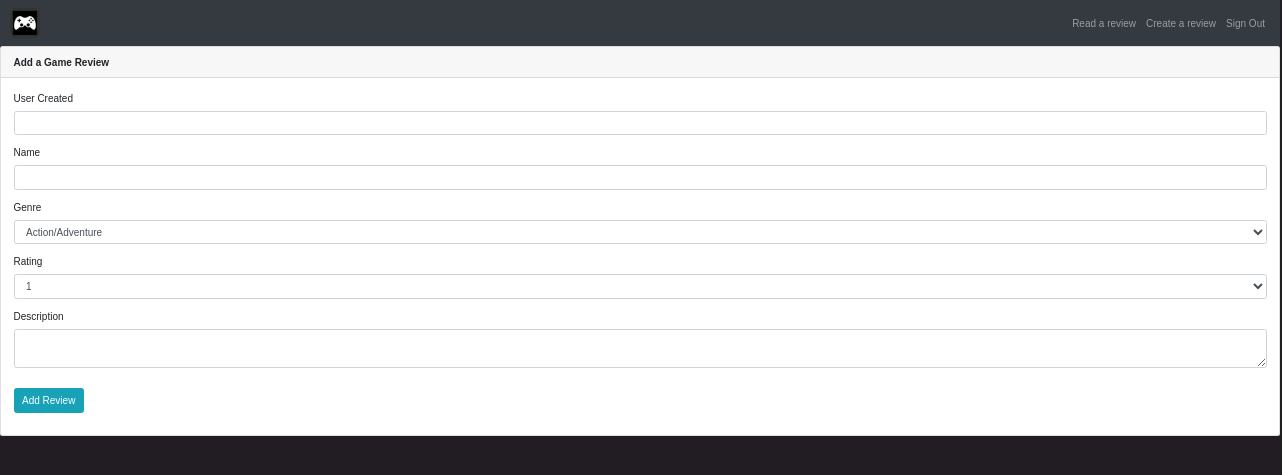
Repository: amit238/milestone-project-3
Page: http://localhost/addreview
The author's editor kept a record of every edit. The page is drawn from the files as they stood at one moment, then again after the next edit.
The browser window is 1280 px wide. The page is 1282 px wide, so the pictures cover 1282 px, including what lies to the right of the window. The pictures show the whole page.
Some web libraries are served in a nearby version. The page is served by the project's application, run on Flask 3 (app.py). The session is filled in as if someone had signed in: {"username": "testuser", "logged_in": true}.

Above is the page before.

After the next edit:
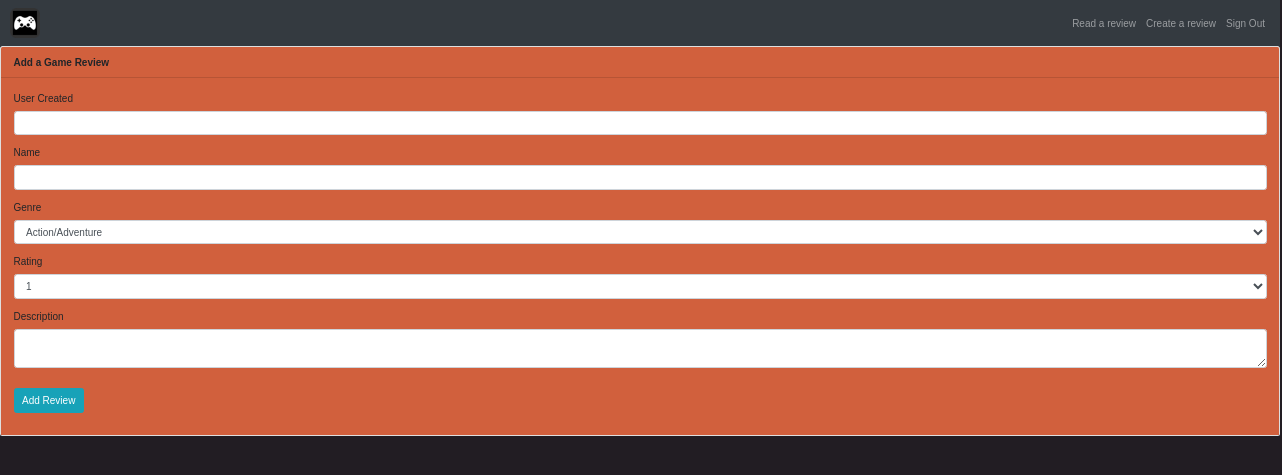
The edit:
--- a/templates/addreview.html
+++ b/templates/addreview.html
@@ -1,8 +1,8 @@
 {% extends 'base.html'%} {% block content %}
 
 <div class="card mb-4">
-    <div class="card-header"><span class="review-title "><strong>Add a Game Review</strong></span></div>
-    <div class="card-body">
+    <div class="card-header addreview-form center-header"><span class="review-title"><strong>Add a Game Review</strong></span></div>
+    <div class="card-body addreview-form">
         <div class="row">
             <div class="col-12">
                 <!--wtform to add new review to the db-->
